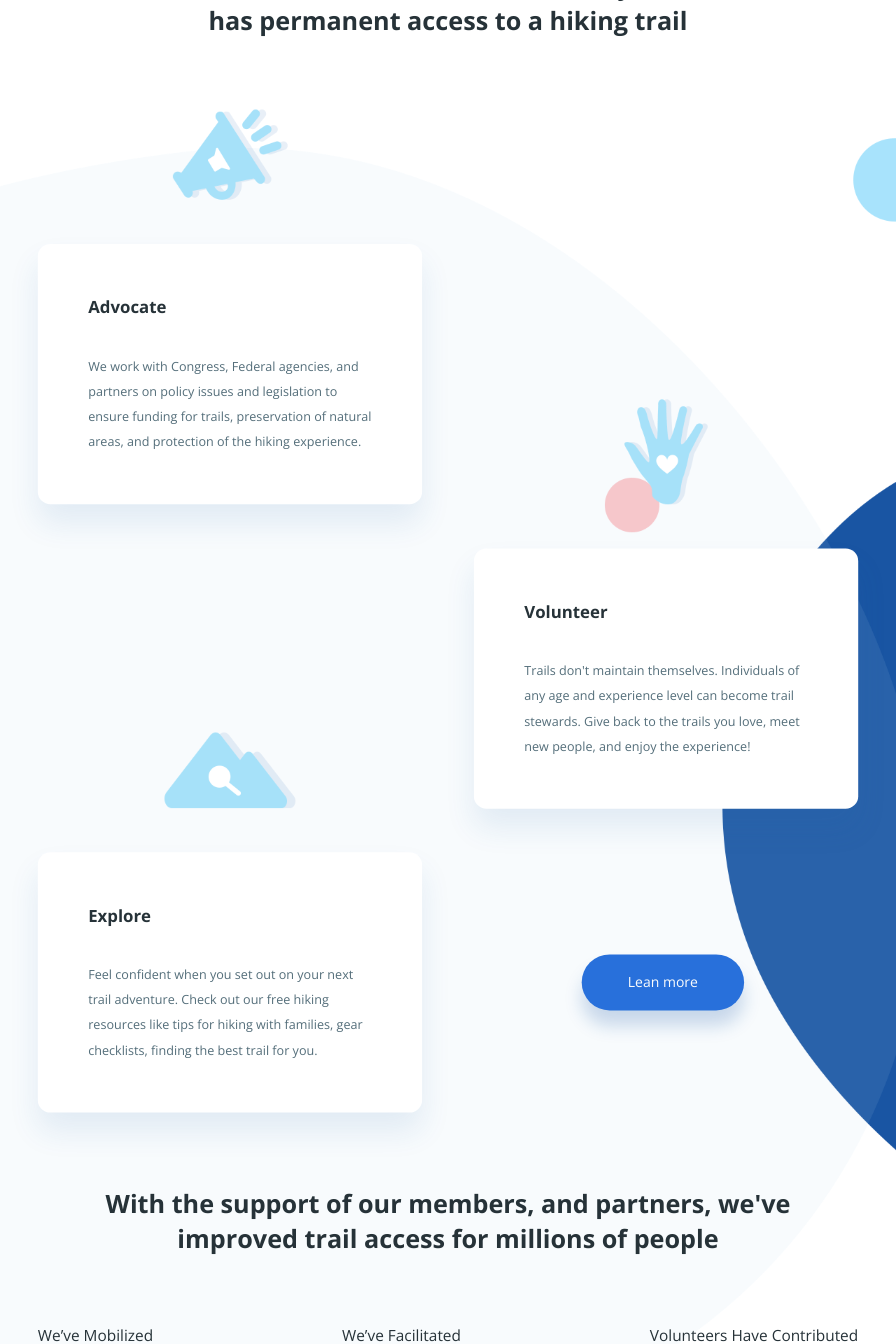
Repository: huubinh98/Project
Page: muncak/index.html
The author's editor kept a copy of each file at every save. The page is drawn from the files as they stood at one save, then again after the next save.
The browser window is 1280 px wide. The pictures show the part of the page from y = 1228 to 3148 px (the page is 4975 px tall), at 70% of full size.

Above is the page before, as saved 2021-08-28 19:50:38.

After the next save:
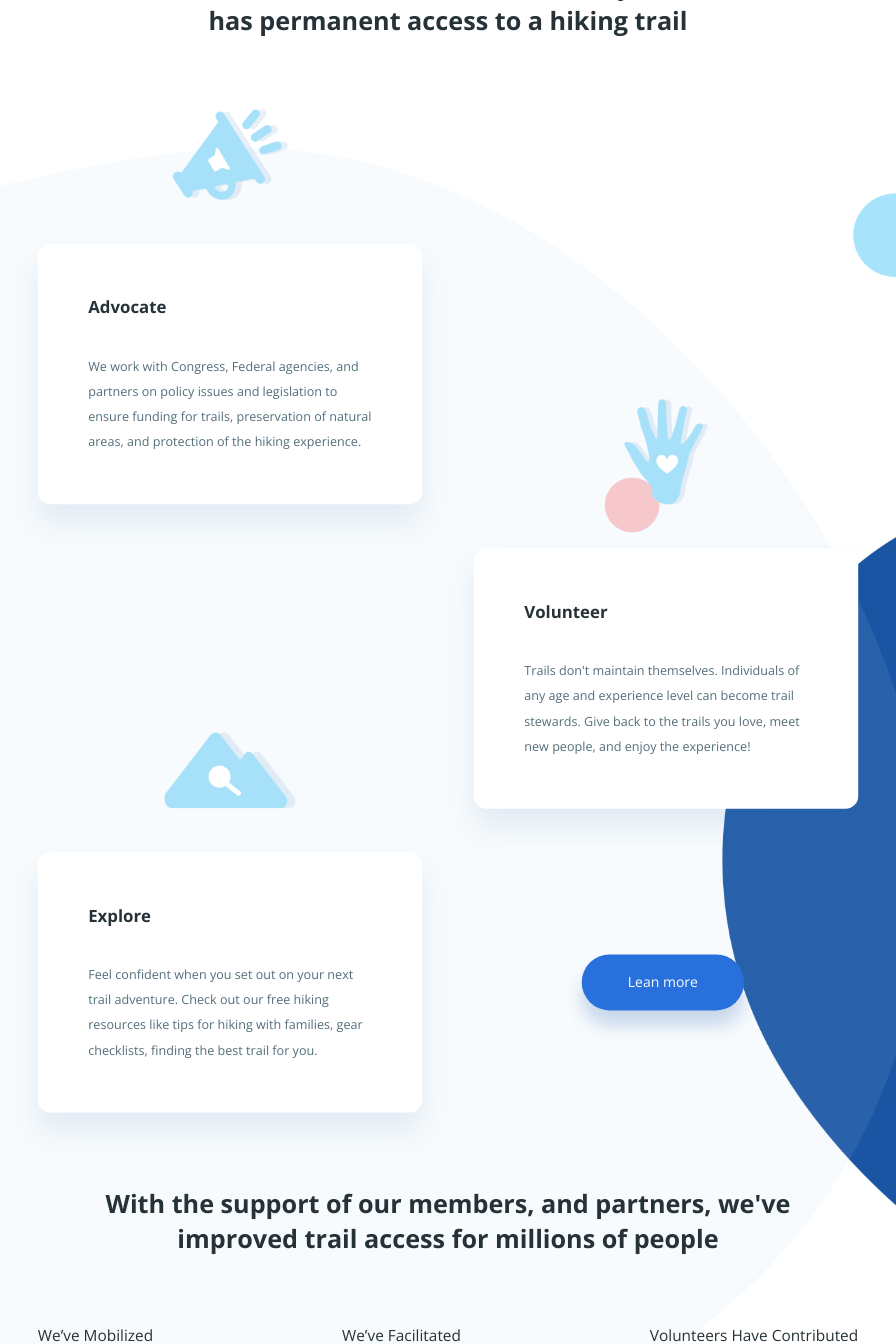
Saved 13 s later.
--- a/muncak/style.css
+++ b/muncak/style.css
@@ -129,7 +129,7 @@ a {
 
 /* -----------about---------------- */
 .about {
-    padding-top: 158px;
+    margin-top: 158px;
     margin-bottom: 98px;
     background-image: url(./image/backgroudleft2.png), url(./image/Muncak-Landing-Page2.png);
     background-repeat: no-repeat, no-repeat;
